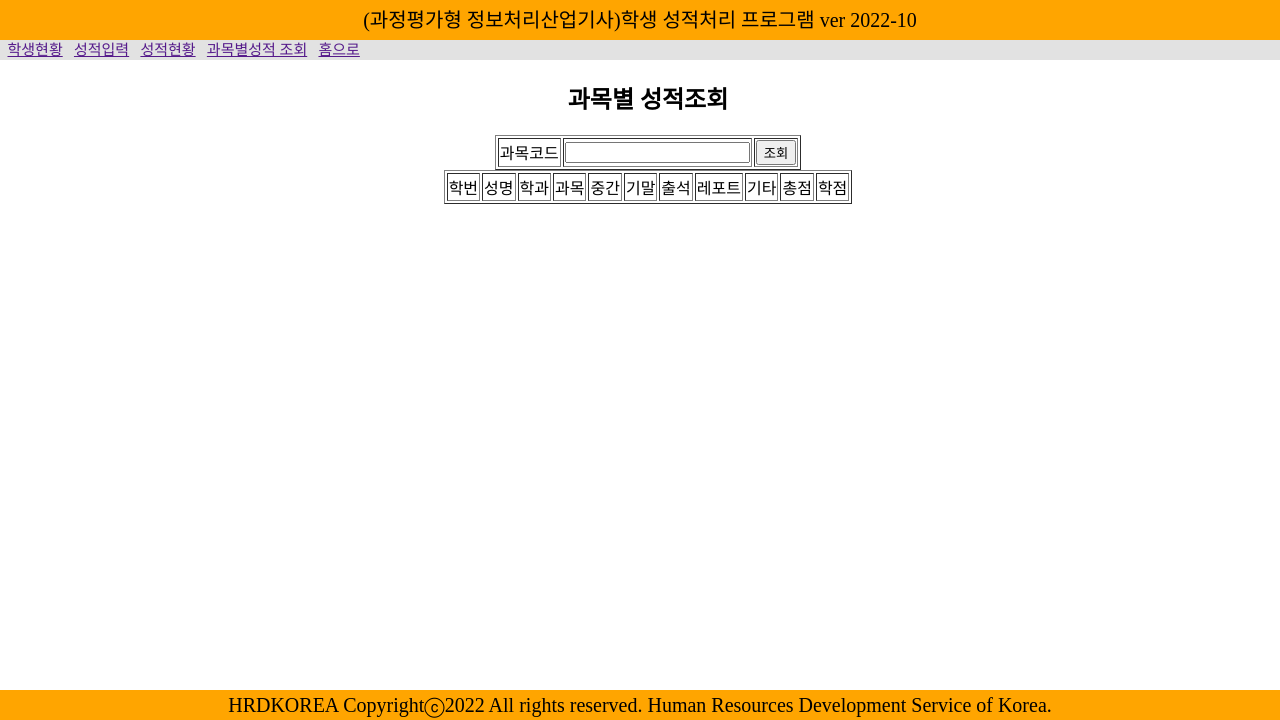
Repository: YeoJeongmo/hrdKorea
Page: http://localhost/HRD_01/sub_score.jsp
An editor plug-in stored every save of this project. The page is shown before and after the next save, followed by the edit.
The browser window is 1280 px wide. The pictures show the whole page.
The page is served by Tomcat 9.

Above is the page before, as saved 2024-09-02 13:10:47.

After the next save:
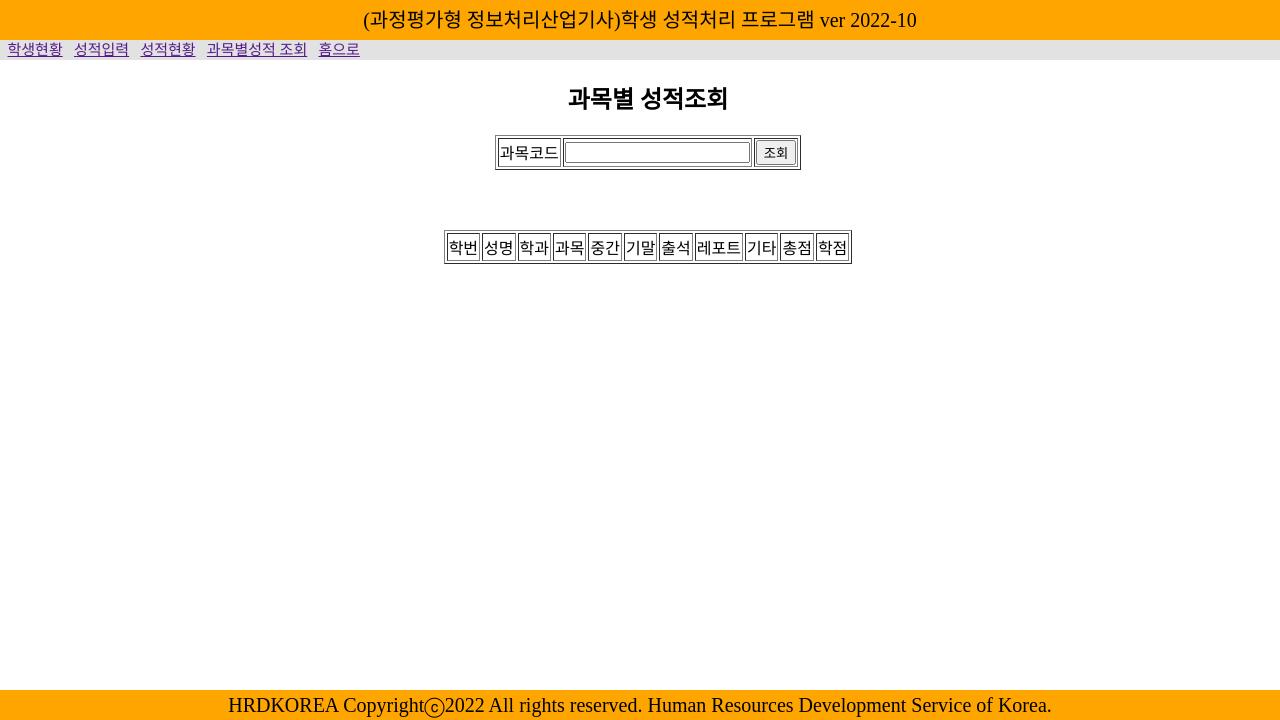
Saved 23 s later.
--- a/cbq_02/workspace/HRD_01/src/main/webapp/sub_score.jsp
+++ b/cbq_02/workspace/HRD_01/src/main/webapp/sub_score.jsp
@@ -11,7 +11,7 @@
 
 <section style="position: fixed; top: 60px; width: 100%;">
 	<h2 style="text-align: center;">과목별 성적조회</h2>
-	<form style="display: flex; bottom: -50px; width: 100%; justify-content: center; align-content: center; text-align: center">
+	<form style="display: flex; padding-bottom: 60px; width: 100%; justify-content: center; align-content: center; text-align: center">
 		<table border="1">
 			<tr>
 				<td> 과목코드 </td>
